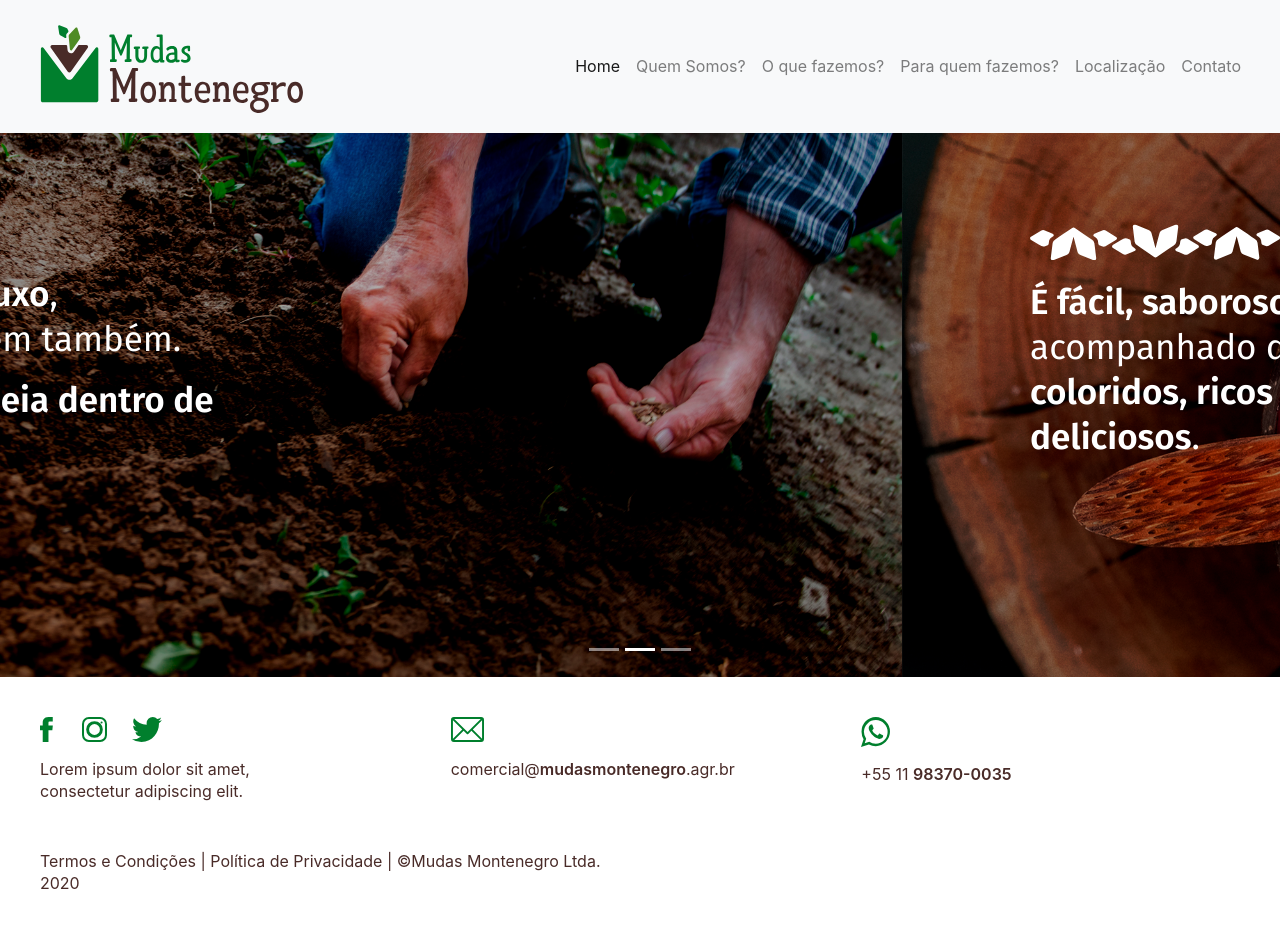
Repository: MaKnok/mudas-montenegro
Page: index.html
The author's editor kept a copy of each file at every save. The page is drawn from the files as they stood at one save, then again after the next save.
The browser window is 1280 px wide. The pictures show the whole page.
Some web libraries are served in a nearby version.

Above is the page before, as saved 2021-06-16 11:47:15.

### index.html
<!DOCTYPE html>
<html lang="pt-br">
<head>

	<meta charset="utf-8">
	<meta name="viewport" content="width=device-width, initial-scale=1">
	<link rel="icon" type="image/png" href="img/icons/favicon.png"/>
	<title>Mudas Montenegro</title>
	<link rel="stylesheet" href="https://maxcdn.bootstrapcdn.com/bootstrap/4.0.0/css/bootstrap.min.css">
	<script src="https://ajax.googleapis.com/ajax/libs/jquery/3.3.1/jquery.min.js"></script>
	<script src="https://cdnjs.cloudflare.com/ajax/libs/popper.js/1.12.9/umd/popper.min.js"></script>
	<script src="https://maxcdn.bootstrapcdn.com/bootstrap/4.0.0/js/bootstrap.min.js"></script>
	<script src="https://use.fontawesome.com/releases/v5.0.8/js/all.js"></script>
	<link href="style.css" rel="stylesheet">

</head>
<body>

<!-- Navigation -->
<nav class="navbar navbar-expand-md navbar-light bg-light sticky-top">

	<div class="container-fluid">

		<a class="navbar-brand logo" href="index.html"><img src="img/logo_mudas_mont.svg" alt="Mudas Montenegro"></a>

		<button class="navbar-toggler" type="button" data-toggle="collapse" data-target="#navbarResponsive">
		    <span class="navbar-toggler-icon"></span>
		</button>

		 <div class="collapse navbar-collapse" id="navbarResponsive">
       <ul class="navbar-nav ml-auto">
            <li class="nav-item active">
              <a class="nav-link" href="index.html">Home</a>
          </li>
            <li class="nav-item">
              <a class="nav-link" href="quem-somos.html">Quem Somos?</a>
            </li>
            <li class="nav-item">
              <a class="nav-link" href="o-que-fazemos.html">O que fazemos?</a>
            </li>
            <li class="nav-item">
              <a class="nav-link" href="para-quem-fazemos.html">Para quem fazemos?</a>
            </li>
            <li class="nav-item">
              <a class="nav-link" href="localizacao.html">Localização</a>
            </li>
            <li class="nav-item">
              <a class="nav-link" href="contato.html">Contato</a>
            </li>
        </ul>
    </div>

	</div>

</nav>

<!--- Image Slider -->

<div id="slides" class="carousel slide" data-ride="carousel">

    <ul class="carousel-indicators">
      <li data-target="#slides" data-slide-to="0" class="active"></li>
      <li data-target="#slides" data-slide-to="1"></li>
      <li data-target="#slides" data-slide-to="2"></li>
    </ul>

    <div class="carousel-inner">

      <div class="carousel-item active">

        <picture>

              <source
              srcset="
              img/img_01_xg.webp 2x,
              img/img_01_xg.webp
              "
              media="(min-width: 992px)"
              class="picture-home"
              />

              <source
              srcset="
              img/img_01_lg.webp 2x,
              img/img_01_lg.webp
              "
              media="(max-width: 992px)"
              class="picture-home"
              />

              <source
              srcset="
              img/img_01_md.webp 2x,
              img/img_01_md.webp
              "
              media="(max-width: 768px)"
              class="picture-home"
              />

              <source
              srcset="
              img/img_01_sm.webp 2x,
              img/img_01_sm.webp
              "
              media="(max-width: 576px)"
              class="picture-home"
              />

              <img
              srcset="img/img_01.webp 2x"
              src="img/img_01.webp"
              class="img-welcome w-100 picture-home"
              alt="plantar"
              />
        </picture>

        <div class="carousel-caption">
          <img src="img/leaves_home.svg" class="leaves-home">
          <p class="phrase-home">O <span class="phrase-bold">tempo é um luxo</span>,<br/>Alimentar-se bem também.</p>
          <p class="phrase-home"><span class="phrase-bold">Germine esta ideia dentro de você!</span></p>
        </div>
      </div>

      <div class="carousel-item">

        <picture>
              <source
              srcset="
              img/img_02_xg.webp 2x,
              img/img_02_xg.webp
              "
              media="(min-width: 992px)"
              class="picture-home"
              />

              <source
              srcset="
              img/img_02_lg.webp 2x,
              img/img_02_lg.webp
              "
              media="(max-width: 992px)"
              class="picture-home"
              />

              <source
              srcset="
              img/img_02_md.webp 2x,
              img/img_02_md.webp
              "
              media="(max-width: 768px)"
              class="picture-home"
              />

              <source
              srcset="
              img/img_02_sm.webp 2x,
              img/img_02_sm.webp
              "
              media="(max-width: 576px)"
              class="picture-home"
              />

              <img
              srcset="img/img_02.webp 2x"
              src="img/img_02.webp"
              class="img-welcome w-100 picture-home"
              alt="criar"
              />
        </picture>

        <div class="carousel-caption">
          <img src="img/leaves_home.svg" class="leaves-home">
          <p class="phrase-home"><span class="phrase-bold">É fácil, saboroso</span> e vem acompanhado de <span class="phrase-bold">nutrientes coloridos, ricos em vitaminas e deliciosos</span>.
          </p>
        </div>
      </div>

      <div class="carousel-item">

        <picture>

              <source
              srcset="
              img/img_03_xg.webp 2x,
              img/img_03_xg.webp
              "
              media="(min-width: 992px)"
              class="picture-home"
              />

              <source
              srcset="
              img/img_03_lg.webp 2x,
              img/img_03_lg.webp
              "
              media="(max-width: 992px)"
              class="picture-home"
              />

              <source
              srcset="
              img/img_03_md.webp 2x,
              img/img_03_md.webp
              "
              media="(max-width: 768px)"
              class="picture-home"
              />

              <source
              srcset="
              img/img_03_sm.webp 2x,
              img/img_03_sm.webp
              "
              media="(max-width: 576px)"
              class="picture-home"
              />

              <img
              srcset="img/img_03.webp 2x"
              src="img/img_03.webp"
              class="img-welcome w-100 picture-home"
              alt="servir"
              />
        </picture>

        <div class="carousel-caption">
          <img src="img/leaves_home.svg" class="leaves-home">
          <p class="phrase-home"><span class="phrase-bold">Prepare a sua própria refeição</span> e tenha a certeza de um <span class="phrase-bold">ato de amor</span> feito especialmente para <span class="phrase-bold">você e sua família</span></p>
        </div>
      </div>

    </div>

</div>


<!--- Footer -->
<footer>

  <div class="container-fluid padding">

    <div class="row text-left">

      <div class="col-md-4">

        <ul class="social-icons">
            <li class="social-icon social-icon_first"><a href="#"><img src="img/icons/facebook.svg"></a></li>
            <li class="social-icon social-icon_second"><a href="#"><img src="img/icons/instagram.svg"></a></li>
            <li class="social-icon social-icon_third"><a href="#"><img src="img/icons/twitter.svg"></a></li>
        </ul>
        <p>Lorem ipsum dolor sit amet, <br/>consectetur adipiscing elit.</p>

      </div>

      <div class="col-md-4">

        <img src="img/icons/mail.svg" class="contact-icon">
        <p>comercial@<span class="phrase-bold">mudasmontenegro</span>.agr.br</p>

      </div>

      <div class="col-md-4">

        <img src="img/icons/whatsapp.svg" class="contact-icon contact-icon-zap">
        <p>+55 11 <span class="phrase-bold">98370-0035</span></p>

      </div>

    </div>

    <div class="row text-left">
        <div class="col-md-6">
          <p class="terms-conditions"><a href="#">Termos e Condições</a> | <a href="#">Política de Privacidade</a> | ©Mudas Montenegro Ltda. 2020 </p>
        </div>
    </div>

  </div>

</footer>

</body>
</html>

### style.css
@import url("https://fonts.googleapis.com/css2?family=Fira+Sans:ital,wght@0,200;0,300;0,400;0,500;0,600;0,700;1,200;1,300;1,400;1,500;1,600;1,700&display=swap");

/*---Media Queries --*/

@media (min-width: 992px) {
  .leaves-home {
    width: 250px;
    margin-bottom: 20px;
  }

  .logo {
    width: 280px;
  }

  .phrase-home {
    font-size: 35px;
    line-height: 45px;
  }

  .carousel-caption {
    width: 550px;
    z-index: 10;
    color: #fff;
    text-align: left;
    top: 40%;
    left: 10%;
    bottom: auto;
    -webkit-transform: translate(0, -50%);
    -ms-transform: translate(0, -50%);
    transform: translate(0, -50%);
  }
}

@media (max-width: 992px) {
  .leaves-home {
    width: 190px;
    margin-bottom: 15px;
  }

  .logo {
    width: 220px;
  }

  .phrase-home {
    font-size: 30px;
    line-height: 40px;
  }

  .carousel-caption {
    width: 400px;
    z-index: 10;
    color: #fff;
    text-align: left;
    top: 35%;
    left: 10%;
    bottom: auto;
    -webkit-transform: translate(0, -50%);
    -ms-transform: translate(0, -50%);
    transform: translate(0, -50%);
  }
}

@media (max-width: 768px) {
  .carousel-caption {
    width: 400px;
    z-index: 10;
    color: #fff;
    text-align: left;
    top: 35%;
    left: 10%;
    bottom: auto;
    -webkit-transform: translate(0, -50%);
    -ms-transform: translate(0, -50%);
    transform: translate(0, -50%);
  }

  .leaves-home {
    width: 190px;
    margin-bottom: 20px;
  }

  .logo {
    width: 220px;
  }

  .pandemia {
    display: flex;
  }

  .pandemia > .content-2 {
    order: -1;
  }

  .phrase-home {
    font-size: 25px;
    line-height: 35px;
  }

  .section-top {
    display: flex;
  }

  .section-top > .image-top {
    order: -1;
  }
}

@media (max-width: 576px) {
  .carousel-caption {
    width: 200px;
    z-index: 10;
    color: #fff;
    text-align: left;
    top: 50%;
    left: 8%;
    bottom: auto;
    -webkit-transform: translate(0, -50%);
    -ms-transform: translate(0, -50%);
    transform: translate(0, -50%);
  }

  .leaves-home {
    width: 130px;
    margin-bottom: 10px;
  }

  .logo {
    width: 180px;
  }

  .phrase-home {
    font-size: 16px;
    line-height: 24px;
  }
}

/*---Firefox Bug Fix --*/
.carousel-item {
  transition: -webkit-transform 0.5s ease;
  transition: transform 0.5s ease;
  transition: transform 0.5s ease, -webkit-transform 0.5s ease;
  -webkit-backface-visibility: visible;
  backface-visibility: visible;
  background-color: #000;
}

/*--- Fixed Background Image --*/
figure {
  position: relative;
  width: 100%;
  height: 60%;
  margin: 0 !important;
}

footer {
  background-color: #fff;
  color: #492b28;
  line-height: 22px;
  padding: 1.5rem;
}

ul,
ol,
li {
  list-style: none;
}

ul {
  padding-inline-start: 0;
}

.fixed-wrap {
  clip: rect(0, auto, auto, 0);
  position: absolute;
  top: 0;
  left: 0;
  width: 100%;
  height: 100%;
}

#fixed {
  background-image: url("img/mac.png");
  position: fixed;
  display: block;
  top: 0;
  left: 0;
  width: 100%;
  height: 100%;
  background-size: cover;
  background-position: center center;
  -webkit-transform: translateZ(0);
  transform: translateZ(0);
  will-change: transform;
}
/*--- Bootstrap Padding Fix --*/
[class*="col-"] {
  padding: 1rem;
}

.carousel-caption {
  text-align: left;
}

.contact-icon {
  margin-bottom: 16px;
}

.page-title {
  font-weight: ;
}

.page-title::before {
  content: "";
  display: inline-block;
  background-image: url(img/icons/leaves.svg);
  background-size: 33px 40px;
  width: 33px;
  height: 40px;
  margin-right: 8px;
}

.phrase-home {
  font-family: "Fira Sans", sans-serif;
}

.phrase-bold {
  font-weight: 600;
}

.picture-home {
  opacity: 0.7;
}

.section-top {
  background-color: #fff;
}

.social-icons {
  text-align: left;
}

.social-icon:not(:first-child) {
  margin-left: 20px;
}

.social-icon:first-child {
  margin-right: 5px;
}

.social-icon {
  display: inline-block;
}

.social-icon > a > img,
.contact-icon {
  height: 25px;
}

.contact-icon-zap {
  height: 30px;
}

.terms-conditions a {
  color: #492b28;
}

.wrapper {
  padding: 0 2em;
}

/*
Extra small (xs) devices (portrait phones, less than 576px)
No media query since this is the default in Bootstrap

Small (sm) devices (landscape phones, 576px and up)
@media (min-width: 576px) { ... }

Medium (md) devices (tablets, 768px and up)
@media (min-width: 768px) { ... }

Large (lg) devices (desktops, 992px and up)
@media (min-width: 992px) { ... }

Extra (xl) large devices (large desktops, 1200px and up)
@media (min-width: 1200px) { ... }
*/

After the next save:
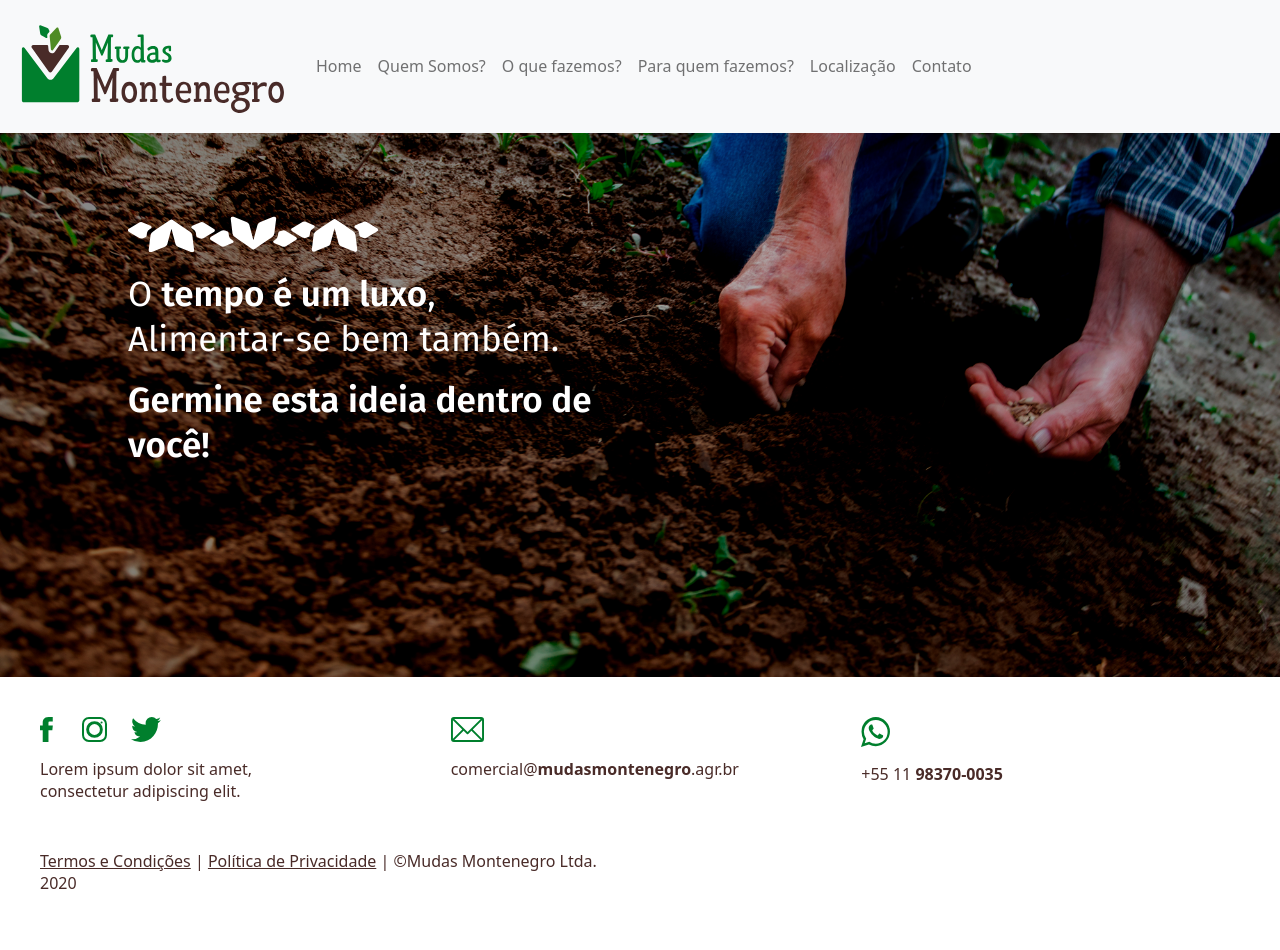
Saved 57 s later.
--- a/index.html
+++ b/index.html
@@ -1,19 +1,16 @@
 <!DOCTYPE html>
 <html lang="pt-br">
-<head>
-
-	<meta charset="utf-8">
-	<meta name="viewport" content="width=device-width, initial-scale=1">
-	<link rel="icon" type="image/png" href="img/icons/favicon.png"/>
-	<title>Mudas Montenegro</title>
-	<link rel="stylesheet" href="https://maxcdn.bootstrapcdn.com/bootstrap/4.0.0/css/bootstrap.min.css">
-	<script src="https://ajax.googleapis.com/ajax/libs/jquery/3.3.1/jquery.min.js"></script>
-	<script src="https://cdnjs.cloudflare.com/ajax/libs/popper.js/1.12.9/umd/popper.min.js"></script>
-	<script src="https://maxcdn.bootstrapcdn.com/bootstrap/4.0.0/js/bootstrap.min.js"></script>
-	<script src="https://use.fontawesome.com/releases/v5.0.8/js/all.js"></script>
-	<link href="style.css" rel="stylesheet">
-
-</head>
+  <head>
+
+    <meta charset="utf-8">
+    <meta name="viewport" content="width=device-width, initial-scale=1">
+    <link rel="icon" type="image/png" href="img/icons/favicon.png"/>
+    <title>Mudas Montenegro</title>
+    <link href="https://cdn.jsdelivr.net/npm/bootstrap@5.0.1/dist/css/bootstrap.min.css" rel="stylesheet" integrity="sha384-+0n0xVW2eSR5OomGNYDnhzAbDsOXxcvSN1TPprVMTNDbiYZCxYbOOl7+AMvyTG2x" crossorigin="anonymous">
+    <script src="https://use.fontawesome.com/releases/v5.0.8/js/all.js"></script>
+    <link href="style.css" rel="stylesheet">
+
+  </head>
 <body>
 
 <!-- Navigation -->
@@ -278,5 +275,7 @@
 
 </footer>
 
+<script src="https://cdn.jsdelivr.net/npm/bootstrap@5.0.1/dist/js/bootstrap.bundle.min.js" integrity="sha384-gtEjrD/SeCtmISkJkNUaaKMoLD0//ElJ19smozuHV6z3Iehds+3Ulb9Bn9Plx0x4" crossorigin="anonymous"></script>
+
 </body>
 </html>
